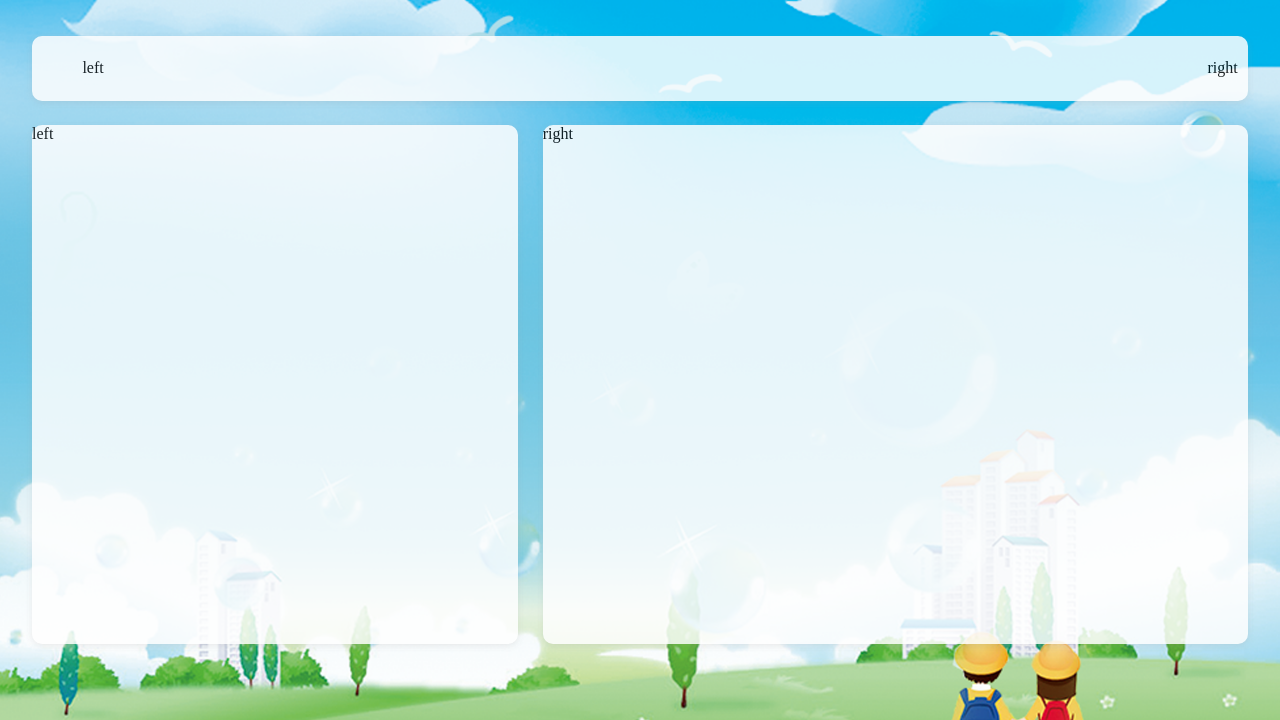
Repository: huangdesheng/classBrand
Page: / (app in classBrand/)
These files come from the project's save history. The page is drawn as it stood at one moment and after the next save; the edit follows.
The browser window is 1280 px wide. The pictures show the whole page.
The project was rebuilt for these pictures with package versions that can differ from the ones it lists, and the page was loaded fresh each time.

Above is the page before, as saved 2019-08-23 09:55:40.

After the next save:
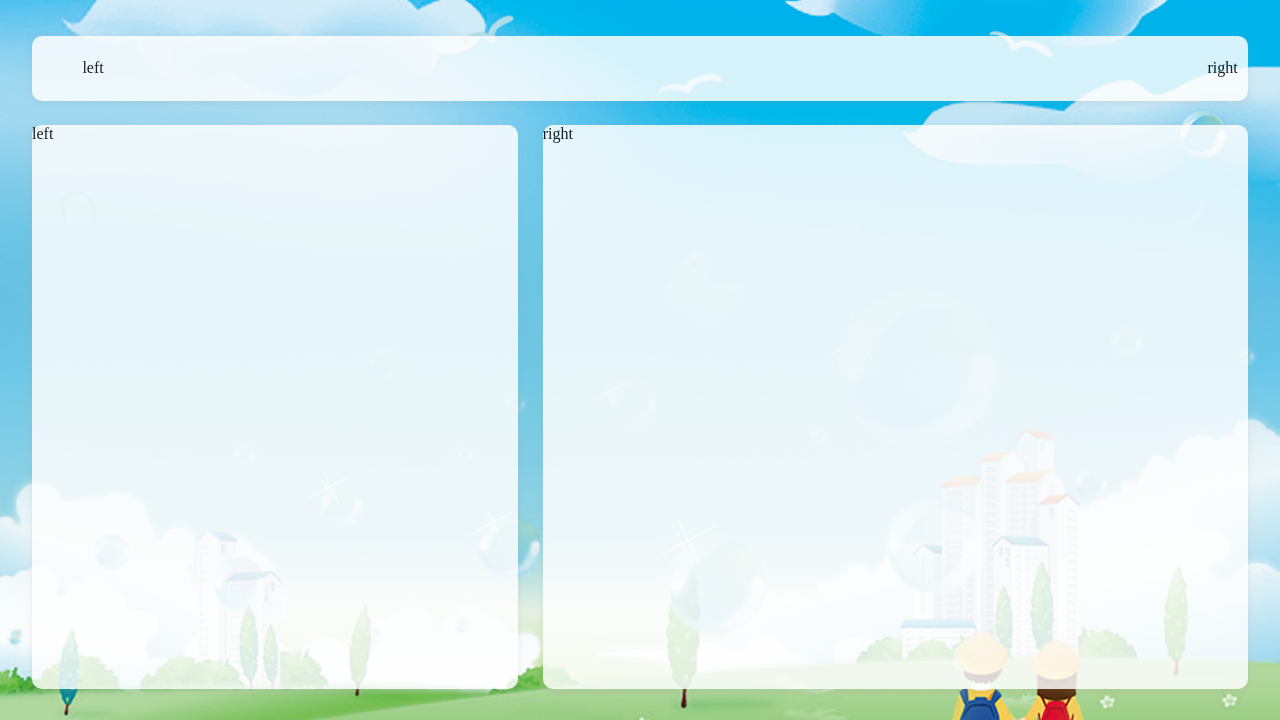
Saved 47 s later.
--- a/classBrand/src/views/index/index.vue
+++ b/classBrand/src/views/index/index.vue
@@ -50,7 +50,7 @@ export default {};
     .flex;
     width: 100%;
     margin-top: 2%;
-    height: 80%;
+    height: 87%;
     aside {
       .bt;
       height: 100%;
